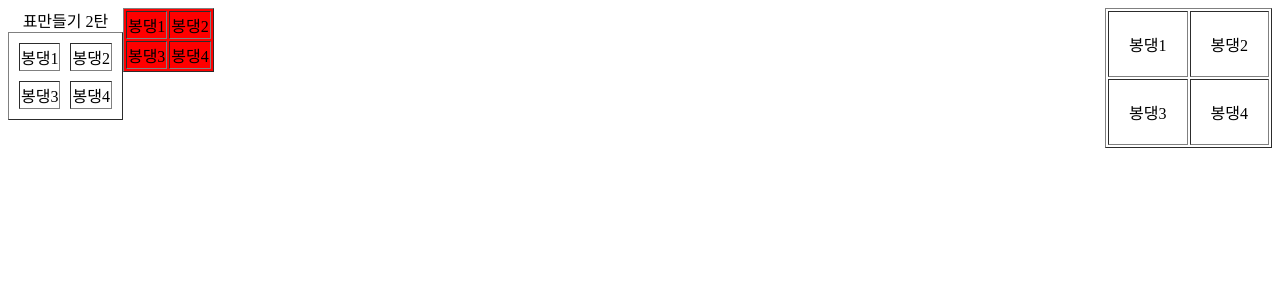
Repository: kisunssong/jsp
Page: http://localhost/test/table2.jsp
The author's editor kept a copy of each file at every save. The page is drawn from the files as they stood at one save, then again after the next save.
The browser window is 1280 px wide. The pictures show the whole page.
The page is served by Tomcat 9.

Above is the page before, as saved 2020-10-28 14:30:48.

After the next save:
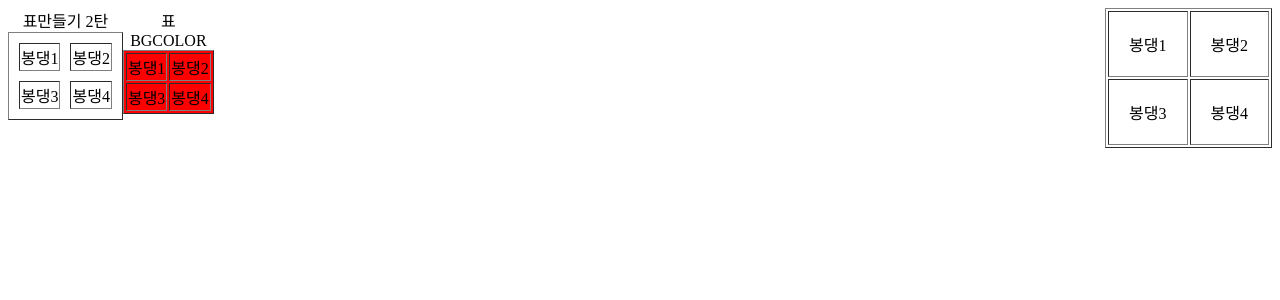
Saved 63 s later.
--- a/test/WebContent/table2.jsp
+++ b/test/WebContent/table2.jsp
@@ -17,6 +17,7 @@
 </TABLE><P>
 
 <TABLE BORDER ="1" BGCOLOR="RED">
+<CAPTION ALIGN="TOP">표 BGCOLOR</CAPTION>
 <TR><TD>봉댕1<TD>봉댕2</TR>
 <TR><TD>봉댕3<TD>봉댕4</TR>
 </TABLE>
